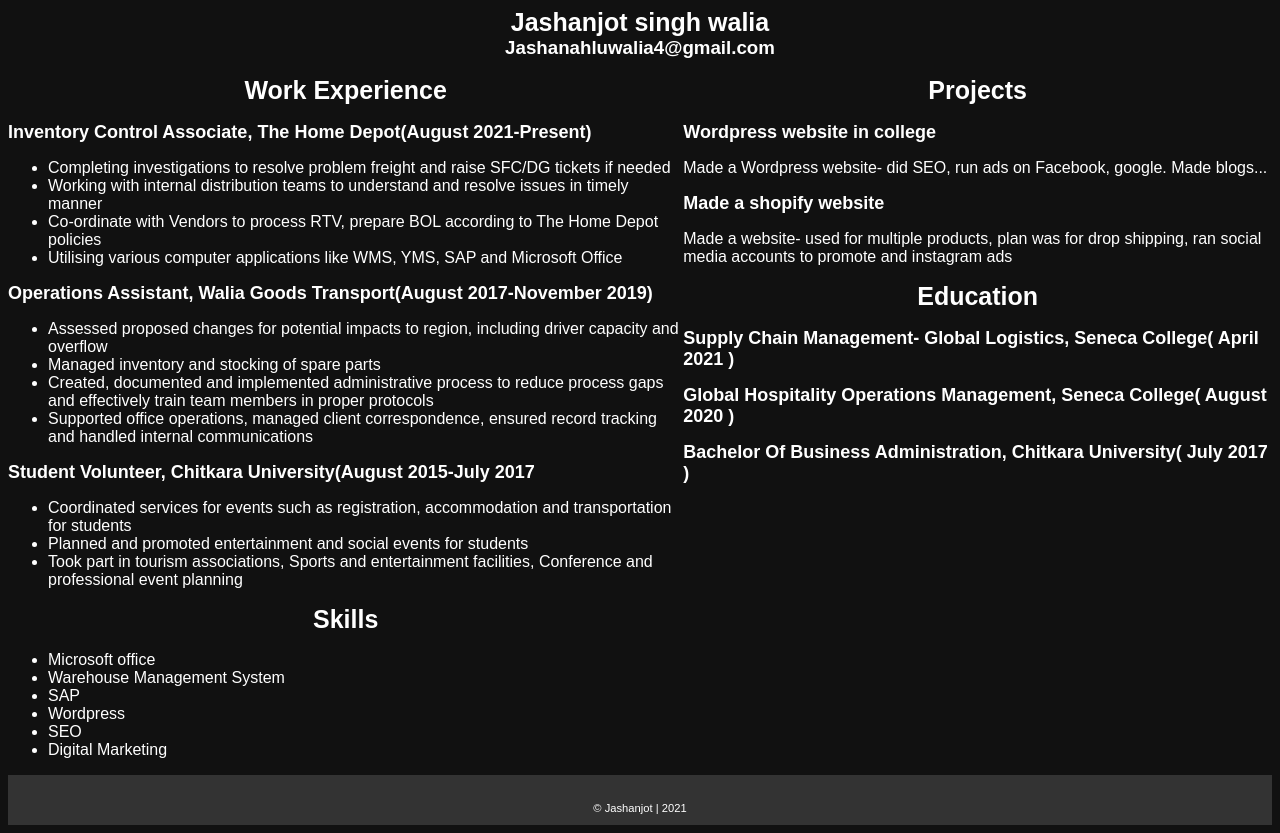
Repository: jashn13/portfolio
Page: index.html
An editor plug-in stored every save of this project. The page is shown before and after the next save, followed by the edit.
The browser window is 1280 px wide. The pictures show the whole page.

Above is the page before, as saved 2021-11-13 08:33:01.

### index.html
<!DOCTYPE html>
<html>
  <head>
    <style>
      .heading {
        margin: auto;
        text-align: center;
      }
      h1 {
        text-align: center;
        font-size: 25px;
      }
      h2 {
        text-align: left;
        font-size: 18px;
      }

      body {
        font-family: Arial;
        color: white;
        background-color: #111;
      }

      .centered {
        position: absolute;
        top: 50%;
        left: 50%;
        transform: translate(-50%, -50%);
        text-align: center;
      }
      footer {
        position: relative;
        height: 50px;
        width: 100%;
        background-color: #333333;
      }

      p.copyright {
        position: absolute;
        width: 100%;
        color: #fff;
        font-size: 0.7em;
        text-align: center;
        bottom: 0;
      }
    </style>
  </head>
  <body>
    <h1 class="heading">Jashanjot singh walia</h1>
    <h3 class="heading">Jashanahluwalia4@gmail.com</h3>
    <div style="display: flex;">
      <div class="split left">
        <h1>Work Experience</h1>
        <h2>
          Inventory Control Associate, The Home Depot(August 2021-Present)
        </h2>
        <ul>
          <li>
            Completing investigations to resolve problem freight and raise
            SFC/DG tickets if needed
          </li>
          <li>
            Working with internal distribution teams to understand and resolve
            issues in timely manner
          </li>
          <li>
            Co-ordinate with Vendors to process RTV, prepare BOL according to
            The Home Depot policies
          </li>
          <li>
            Utilising various computer applications like WMS, YMS, SAP and
            Microsoft Office
          </li>
        </ul>
        <h2>
          Operations Assistant, Walia Goods Transport(August 2017-November 2019)
        </h2>
        <ul>
          <li>
            Assessed proposed changes for potential impacts to region, including
            driver capacity and overflow
          </li>
          <li>Managed inventory and stocking of spare parts</li>
          <li>
            Created, documented and implemented administrative process to reduce
            process gaps and effectively train team members in proper protocols
          </li>
          <li>
            Supported office operations, managed client correspondence, ensured
            record tracking and handled internal communications
          </li>
        </ul>

        <h2>Student Volunteer, Chitkara University(August 2015-July 2017</h2>
        <ul>
          <li>
            Coordinated services for events such as registration, accommodation
            and transportation for students
          </li>
          <li>
            Planned and promoted entertainment and social events for students
          </li>
          <li>
            Took part in tourism associations, Sports and entertainment
            facilities, Conference and professional event planning
          </li>
        </ul>
        <h1>Skills</h1>
        <ul>
          <li>Microsoft office</li>
          <li>Warehouse Management System</li>
          <li>SAP</li>
          <li>Wordpress</li>
          <li>SEO</li>
          <li>Digital Marketing</li>
        </ul>
      </div>

      <div class="split right">
        <h1>Projects</h1>
        <h2>Wordpress website in college</h2>
        <p>
          Made a Wordpress website- did SEO, run ads on Facebook, google. Made
          blogs...
        </p>
        <h2>Made a shopify website</h2>
        <p>
          Made a website- used for multiple products, plan was for drop
          shipping, ran social media accounts to promote and instagram ads
        </p>
        <h1>Education</h1>
        <h2>
          Supply Chain Management- Global Logistics, Seneca College( April 2021
          )
        </h2>
        <h2>
          Global Hospitality Operations Management, Seneca College( August 2020
          )
        </h2>
        <h2>
          Bachelor Of Business Administration, Chitkara University( July 2017 )
        </h2>
      </div>
    </div>
    <footer>
      <p class="copyright">© Jashanjot | 2021</p>
    </footer>
  </body>
</html>

After the next save:
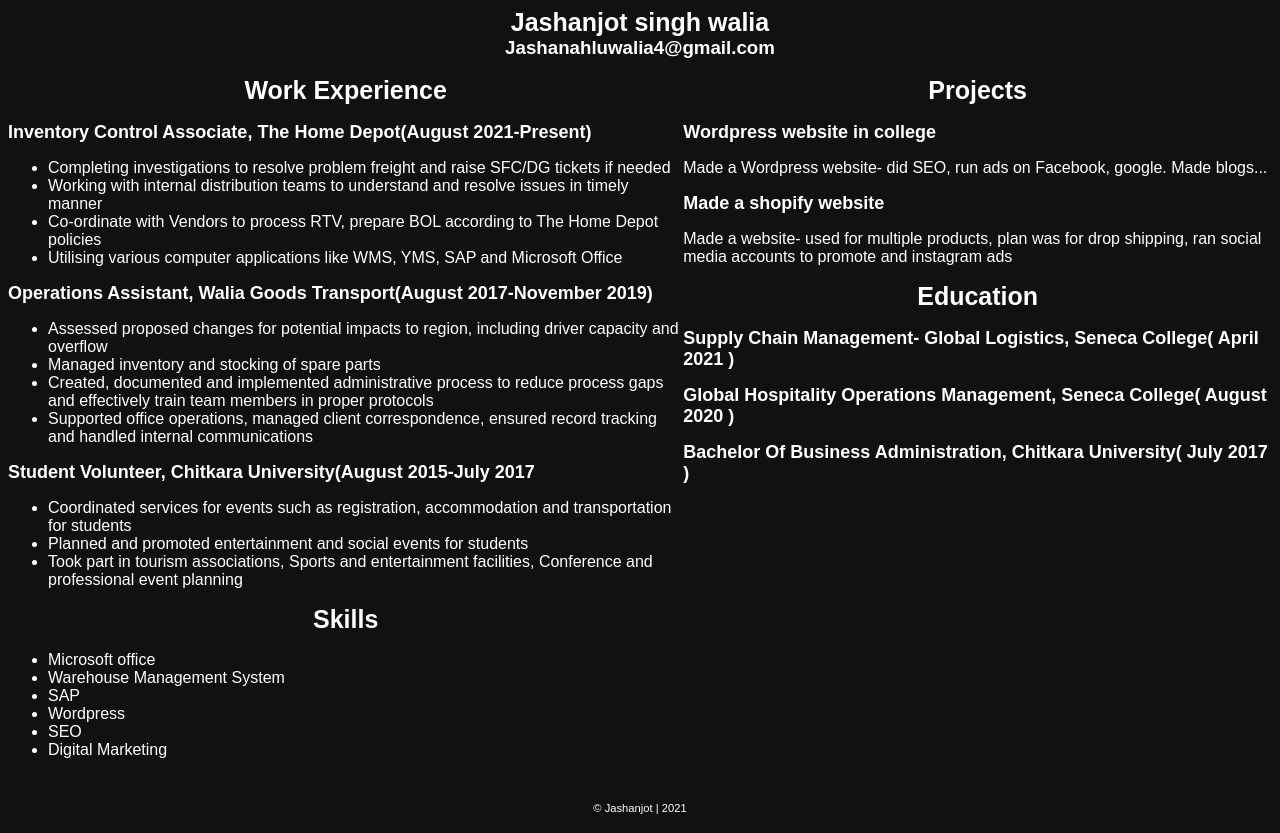
Saved 13 s later.
--- a/index.html
+++ b/index.html
@@ -32,7 +32,6 @@
         position: relative;
         height: 50px;
         width: 100%;
-        background-color: #333333;
       }
 
       p.copyright {
